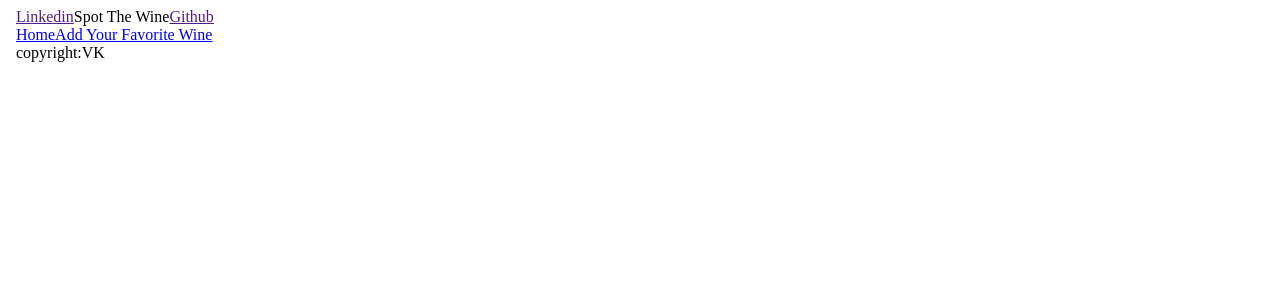
Repository: vinod-git12/Spot-The-Wine
Page: / (app in client/)
The author's editor kept a copy of each file at every save. The page is drawn from the files as they stood at one save, then again after the next save.
The browser window is 1280 px wide. The pictures show the whole page.
The page's requests for data from a server got no answer. The project was rebuilt for these pictures with package versions that can differ from the ones it lists, and the page was loaded fresh each time. No one was signed in, and anything a server would have sent is missing. Also part of the build but not shown: client/src/components/Show.jsx, client/src/components/Review.jsx, client/src/components/Form.jsx.

Above is the page before, as saved 2021-01-23 22:32:37.

### client/src/index.js
import React from 'react';
import ReactDOM from 'react-dom';
import { BrowserRouter as Router } from "react-router-dom";
import App from './App';
import reportWebVitals from './reportWebVitals';

ReactDOM.render(
  <React.StrictMode>
    <Router>
      <App />
    </Router>
  </React.StrictMode>,
  document.getElementById('root')
);

// If you want to start measuring performance in your app, pass a function
// to log results (for example: reportWebVitals(console.log))
// or send to an analytics endpoint. Learn more: https://bit.ly/CRA-vitals
reportWebVitals();

### client/src/App.js
import './App.css';
import axios from "axios";
import { useEffect, useState } from "react";
import { baseURL, config } from "./services";
import { Link, Route } from "react-router-dom";
import Show from "./components/Show";
import Home from "./components/Home";
import Form from "./components/Form";
import Nav from "./components/Nav";
import Review from "./components/Review";

function App() {
  const [images, setImages] = useState([]);
  const [toggle, setToggle] = useState(false)

  useEffect(() => {
    const getData = async () => {
      const resp = await axios.get(baseURL, config);
      setImages(resp.data.records)
    };
    getData();
  }, [toggle]);

  return (
    <body>

      <header className="title">
        <a classname="aLink" href="">Linkedin</a>Spot The Wine
        <a classname="aLink" href="">Github</a>
      </header>

    <div className="App">
        <div>

          <div className="Img">
          <Nav />
              <Route exact path="/">
                <Home images={images} />
               </Route>
            </div>

        <Route path="/images/:id">
          <Show images={images} />
        </Route>

        <Route path="/new">
            <Form images={images} toggle={toggle} setToggle={setToggle} />
        </Route>
        {/* <Review key={images.id} images={images} setToggle={setToggle} /> */}

      </div>
      </div>
      <div className="footer">
        <footer>copyright:VK</footer>
        </div>
      </body>

  );
}

export default App;

### client/src/services/index.js
export const baseURL = `https://api.airtable.com/v0/${process.env.
  REACT_APP_AIRTABLE_BASE}/wine`;

export const config = {
  headers: {
    Authorization: `Bearer ${process.env.REACT_APP_AIRTABLE_KEY}`,
  },
};

### client/src/components/Home.jsx
import { Link } from "react-router-dom"
import Review from "./Review";

function Home(props) {

  return (
    <div className="wine">

      <div className="wineCard">
        {
          props.images.map((imag) => (
            <Link  to={`/images/${imag.id}`}>
              <img className="wineImg" src={imag.fields.image} alt={imag.name} />
            </Link>))
         }

          </div>
      </div>
  )
}

export default Home;

### client/src/components/Nav.jsx
import { Link } from "react-router-dom";

function Nav(props) {
  return (
    <nav>
      <Link to="/">Home</Link>
      <Link to="/new">Add Your Favorite Wine</Link>
    </nav>
  );
}

export default Nav;

### client/src/App.css
/* body {
  background-image:url(https://wallpapercave.com/wp/5C7UOVl.jpg);
}

.title {
  display:flex;
  justify-content: space-between;
  color:#f72b07;
  font-size: 40px;
  font-weight: 800;
  background-color: rgb(250, 201, 96);
  border-radius: 10px;
  margin-top: 20px;
  background-position: center;

}

a {
  font-size: 20px;
  padding: 10px;;
}

nav {
  display: flex;
  justify-content: space-between;
  padding: 10px;
  color:hsla(7, 97%, 38%, 0.966);
  font-size: 20px;
  background-color:hsla(14, 95%, 75%, 0.966);
  margin: 0px auto;


}

.Img {
  background-image: url("https://www.setaswall.com/wp-content/uploads/2017/04/Bone-Solid-Color-Background-Wallpaper-5120x2880.png");
  background-position: center;
  background-size: auto;
  height: 700px;
  margin: 5px auto;
  border: 3px solid rgb(247, 227, 142);
  border-radius: 10px;

}

.wineCard {
  display: grid;
  grid-template-columns: 1fr 1fr 1fr 1fr;
   margin: 30px;
}

.wineImg {
  width: 100px;
  height: 120px;
  }

.form {
  width: 100%;
  min-width: 100%;
  margin: 20px auto 0;
  display: flex;
  flex-direction: column;
  justify-content: center;
  align-items: center;
  background-image: url("https://c4.wallpaperflare.com/wallpaper/218/789/175/glasses-bottle-wine-wallpaper-preview.jpg");
  background-size: auto;
  background-position: center;


}

form label, form input {
  margin-left: 280px;
  font-family: "Montserrat";
  width: 35vw;
  height: 3vw;
  box-sizing: border-box;
  border-radius: 5px;
  color: rgb(55, 197, 233);
}
form label {

color:hsla(7, 97%, 38%, 0.966);
font-size: 20px;
font-family:  'Zilla Slab', serif;
font-weight: bold;
}

form button {

  width: 25vw;
  border-radius: 7px;
  margin-top: 10px;
  background-color: rgba(244, 250, 250, 0.905);
  color: hsla(7, 97%, 38%, 0.966);
  font-size: 22px;
  font-family:  'Zilla Slab', serif;
  font-weight: bold;
  margin-left: 280px;

}

.titleForm {
  margin-left: 290px;
  color:hsla(7, 97%, 38%, 0.966);
  font: large;
  font-size: 25px;
  font-weight: 900;
}

footer {
  display:flex;
  justify-content: center;
  align-items: center;
  background-color:hsla(32, 83%, 68%, 0.966);
  background-position: center;
  margin-bottom: 30px;
  height: 30px;
  border-radius: 10px;;
}
 */

Loaded but not shown: client/public/index.html (common file); client/src/reportWebVitals.js (common file)

After the next save:
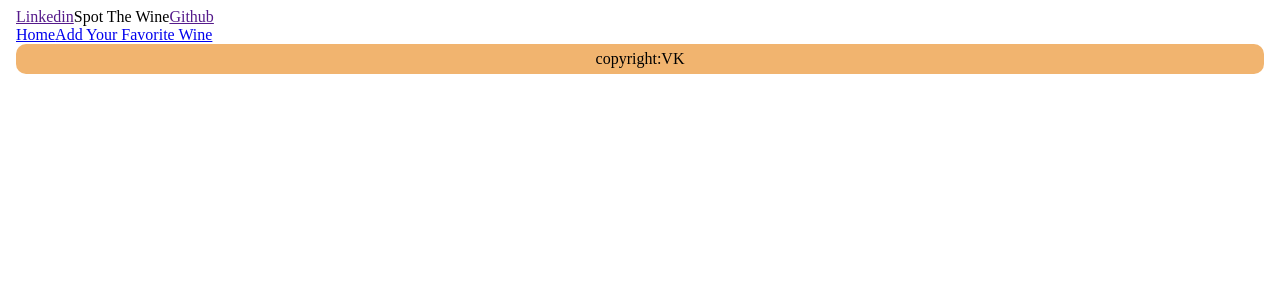
Saved 19 s later.
--- a/client/src/App.css
+++ b/client/src/App.css
@@ -43,7 +43,7 @@
 
 }
 
-.wineCard {
+/* .wineCard {
   display: grid;
   grid-template-columns: 1fr 1fr 1fr 1fr;
    margin: 30px;
@@ -52,7 +52,7 @@
 .wineImg {
   width: 100px;
   height: 120px;
-  }
+  } */
 
 .form {
   width: 100%;

After the 2 saves that followed:
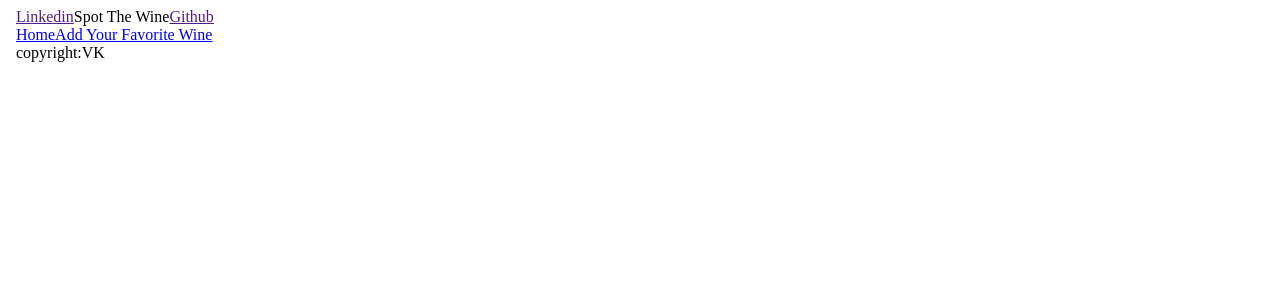
The 2 saves are shown as one change because 1 left the picture as it was.
The last was saved 13 s later.
--- a/client/src/App.css
+++ b/client/src/App.css
@@ -43,7 +43,7 @@
 
 }
 
-/* .wineCard {
+.wineCard {
   display: grid;
   grid-template-columns: 1fr 1fr 1fr 1fr;
    margin: 30px;
@@ -52,7 +52,7 @@
 .wineImg {
   width: 100px;
   height: 120px;
-  } */
+  }
 
 .form {
   width: 100%;
